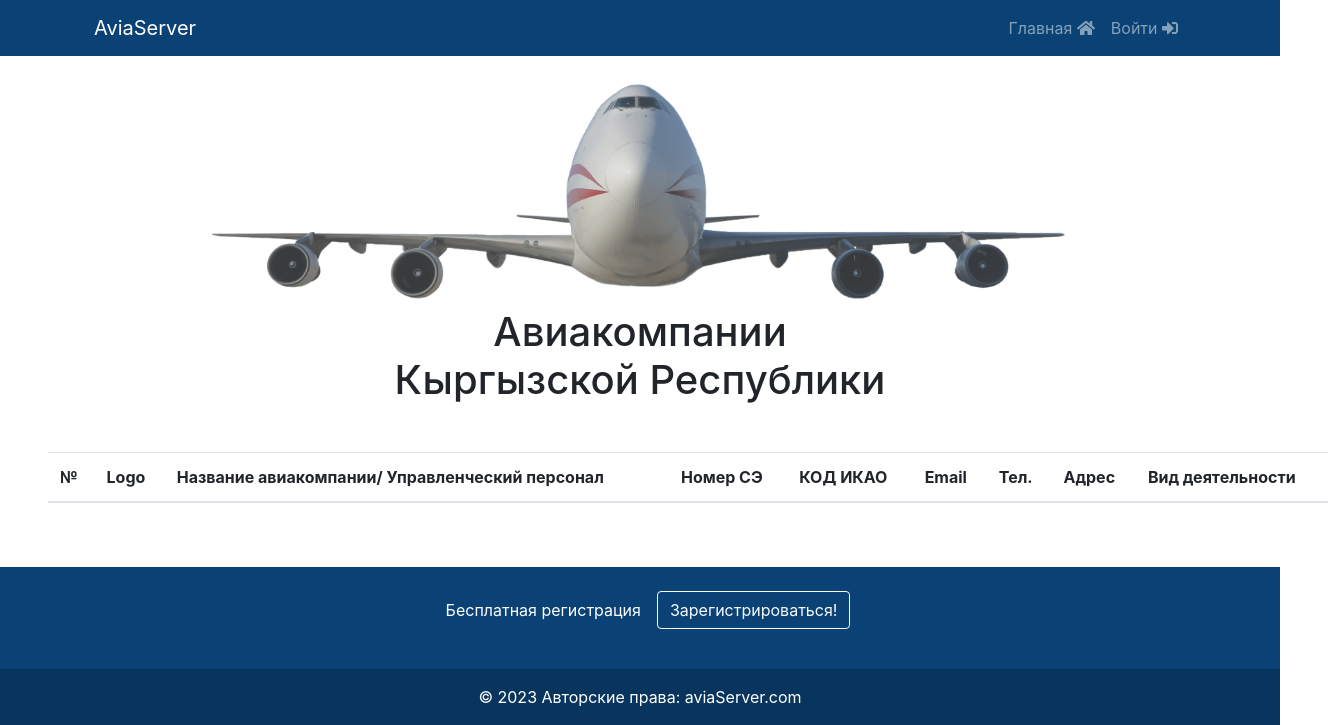
Repository: sulimonn/aviaServer
Page: products/templates/products/index.html
An editor plug-in stored every save of this project. The page is shown before and after the next save, followed by the edit.
The browser window is 1280 px wide. The page is 1328 px wide, so the pictures cover 1328 px, including what lies to the right of the window. The pictures show the whole page.
Some web libraries are served in a nearby version. The template is drawn by Django 4.2. The application's start-up code is not run. Other server files are loaded and not shown. The template is opened directly, without the code that normally fills it, so the values that code supplies are empty.

Above is the page before, as saved 2023-08-14 21:12:25.

### products/templates/products/index.html
{% extends 'products/base.html' %}
{% load static %}
{% block css %}
    <link href="{% static 'css/index.css' %}" rel="stylesheet"/>
    <link href="{% static 'css/products.css' %}" rel="stylesheet"/>
{% endblock %}

{% block content  %}

<div class="d-flex main-pic">
    <img class="m-auto" width="900px" src="/media/img/carusel.png">
</div>
<div class="d-flex">
    <h1 align="center" class="m-auto pb-5">Авиакомпании <br> Кыргызской Республики</h1>
</div>
<div class="table-responsive-sm">

    <table class="table mx-5">
      <thead>
        <tr>
          <th scope="col">№</th>
          <th scope="col">Logo</th>
          <th scope="col">Название авиакомпании/
    Управленческий  персонал</th>
          <th scope="col">Номер СЭ</th>
          <th scope="col">КОД ИКАО</th>
          <th scope="col">Email</th>
          <th scope="col">Тел.</th>
          <th scope="col">Адрес</th>
          <th scope="col">Вид деятельности</th>
        </tr>
      </thead>
        {% for company in companies %}


      <tbody>
        <tr>
          <th scope="row">{{ company.id }}</th>
          <td><img class="card-img-top" src="/media/{{ company.image }}" ></td>
          <td>{{ company.name }}</td>
          <td>{{ company.number }}</td>
          <td>{{ company.code }}</td>
          <td>{{ company.email }}</td>
          <td>{{ company.phone1 }} {{ company.phone2 }}</td>
          <td>{{ company.address }}</td>
          <td>{{ company.kind_of_activity }}</td>
        </tr>

      </tbody>
        {% endfor %}
    </table>
</div>


{% endblock %}

### products/templates/products/base.html
{% load static %}
<!DOCTYPE html>
<html lang="en">

<head>

    <meta charset="utf-8">
    <meta name="viewport" content="width=device-width, initial-scale=1, shrink-to-fit=no">
    <meta name="description" content="">
    <meta name="author" content="">

    <title>{{ title | title }}</title>

    <!-- Bootstrap core CSS -->
    <link href="{% static 'vendor/bootstrap/css/bootstrap.min.css' %}" rel="stylesheet">
    <link href="{% static 'css/auth.css' %}" rel="stylesheet"/>
    {% block css %}
    {% endblock css %}
    <script src="https://cdnjs.cloudflare.com/ajax/libs/font-awesome/5.15.1/js/all.min.js"
            crossorigin="anonymous"></script>
    <!-- Custom styles for this template -->
</head>

<body>

<!-- Navigation -->
<nav class="navbar navbar-expand-lg navbar-dark fixed-top" style="background-color: #0a4275;">
  <div class="container">
      <a class="navbar-brand" href="index.html">AviaServer</a>
      <button class="navbar-toggler" type="button" data-toggle="collapse" data-target="#navbarResponsive"
              aria-controls="navbarResponsive" aria-expanded="false" aria-label="Toggle navigation">
          <span class="navbar-toggler-icon"></span>
      </button>
      <div class="collapse navbar-collapse" id="navbarResponsive">
          <ul class="navbar-nav ml-auto">
              <li class="nav-item">
                  <a class="nav-link" href="#">Главная <i class="fas fa-home"></i> </a>
              </li>
              {% if user.is_authenticated %}
              <li class="nav-item">
                  <a class="nav-link" href="{% url 'users:profile' %}">{{ user.username }} <i class="fas fa-user-circle"></i>
                  </a>
              </li>
             <li class="nav-item">
                  <a class="nav-link" href="{% url 'users:logout' %}">Выйти <i class="fas fa-sign-out-alt"></i></a>
              </li>

              {% else %}
              <li class="nav-item">
                  <a class="nav-link" href="{% url 'users:login' %}">Войти <i class="fas fa-sign-in-alt"></i></a>
              </li>


              {% endif %}
          </ul>
      </div>
  </div>
</nav>

{% block content  %}
{% endblock %}
<br>
<br>
<!--footer-->
<footer class="d-block text-center text-white" style="background-color: #0a4275;">
  <div class="container p-4 pb-0">
      <section class="">
          <p class="d-flex justify-content-center align-items-center">
              <span class="mx-3">Бесплатная регистрация</span>
              <a href="{% url 'users:register' %}" type="button" class="btn btn-outline-light btn-rounded">
                  Зарегистрироваться!
              </a>
          </p>
      </section>
  </div>
  <div class="text-center p-3" style="background-color: rgba(0, 0, 0, 0.2);">
      © 2023 Авторские права:
      <a class="text-white" href="{% url 'index' %}">aviaServer.com</a>
  </div>
</footer>


<!-- Bootstrap core JavaScript -->
<script src="{% static 'vendor/jquery/jquery.min.js' %}"></script>
<script src="{% static 'vendor/bootstrap/js/bootstrap.bundle.min.js' %}"></script>

<!-- FontAwesome script -->
<script src="{% static 'vendor/fontawesome/fontawesome-icons.js' %}" crossorigin="anonymous"></script>

</body>

</html>

### static/css/index.css
body {
    padding-top: 100px;
}

#start-purchase-btn {
    background-color: #23364e;
    border-color: #23364e;
    color: white;
}

#start-purchase-link {
    text-decoration: none;
    color: white;
}

### static/css/products.css
body {
    padding-top: 56px;
}

@media (max-width: 575.98px) {
    .main-pic img{
        width: 100px;
    }
}

Loaded but not shown: static/css/auth.css (library)

After the next save:
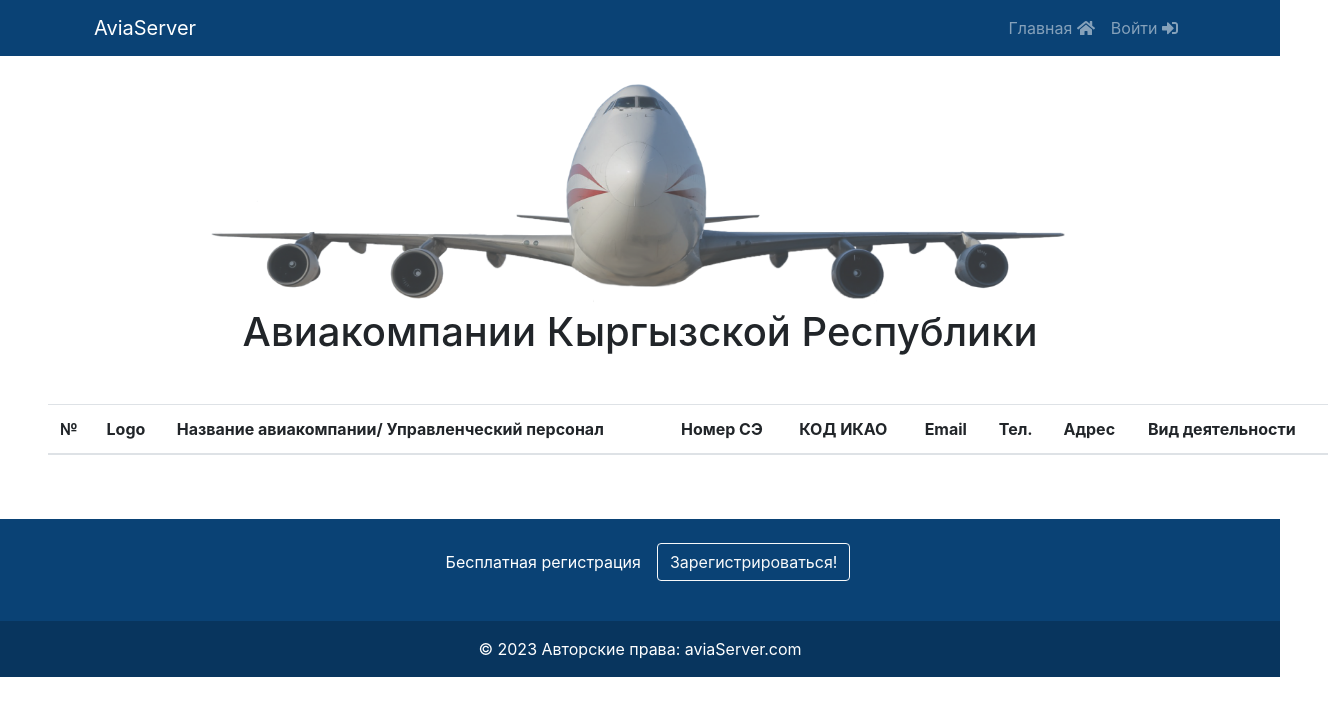
Saved 47 s later.
--- a/products/templates/products/index.html
+++ b/products/templates/products/index.html
@@ -10,8 +10,8 @@
 <div class="d-flex main-pic">
     <img class="m-auto" width="900px" src="/media/img/carusel.png">
 </div>
-<div class="d-flex">
-    <h1 align="center" class="m-auto pb-5">Авиакомпании <br> Кыргызской Республики</h1>
+<div class="d-flex ">
+    <h1 align="center" class="m-auto pb-5">Авиакомпании Кыргызской Республики</h1>
 </div>
 <div class="table-responsive-sm">
 
